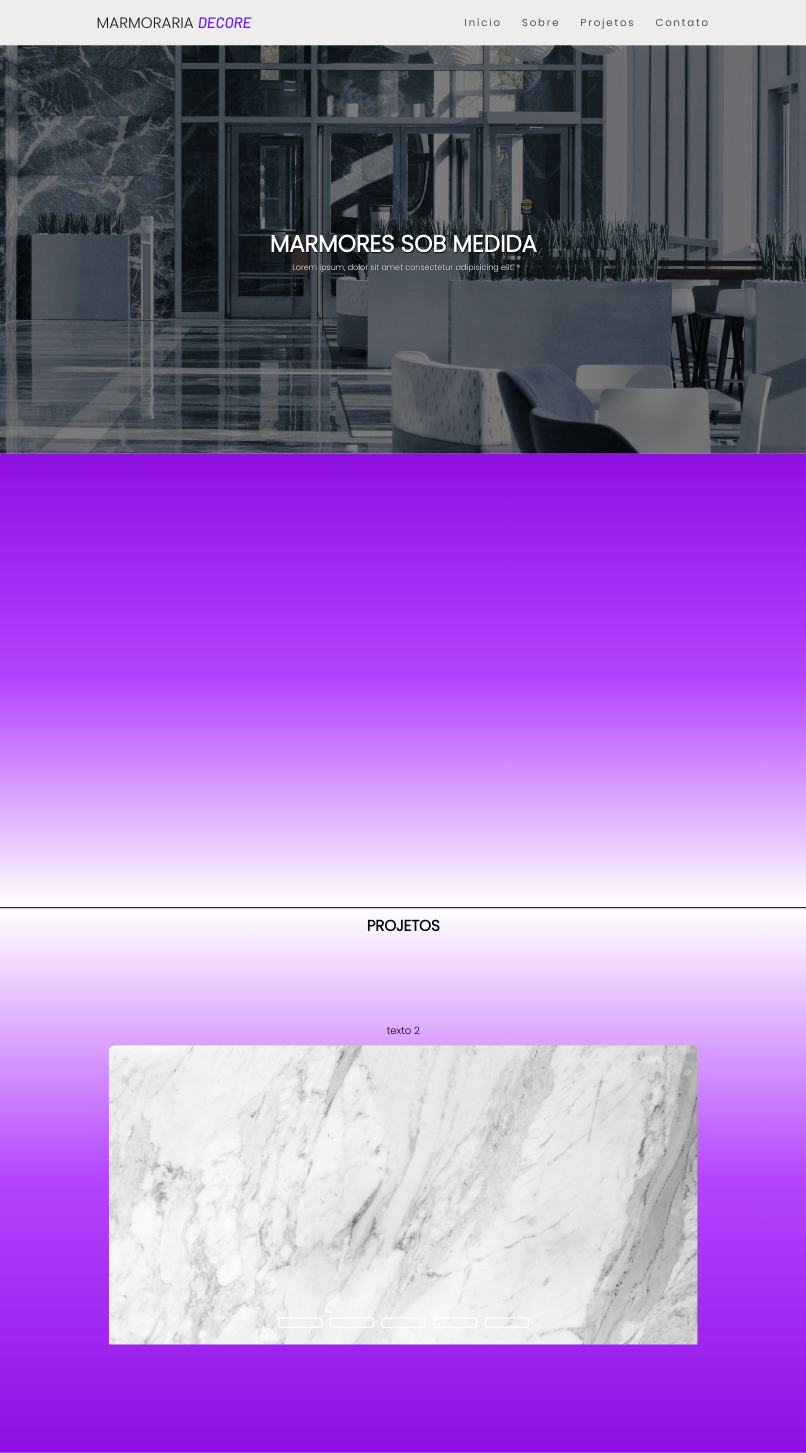
Repository: XFERRER7/projeto-xt7
Page: projetoMarmoraria/index.html
The author's editor kept a copy of each file at every save. The page is drawn from the files as they stood at one save, then again after the next save.
The browser window is 1280 px wide. The pictures show the whole page, at 63% of full size.
After loading, the first visible `#lbl2` was clicked once.

Above is the page before, as saved 2022-04-21 17:06:54.

After the next save:
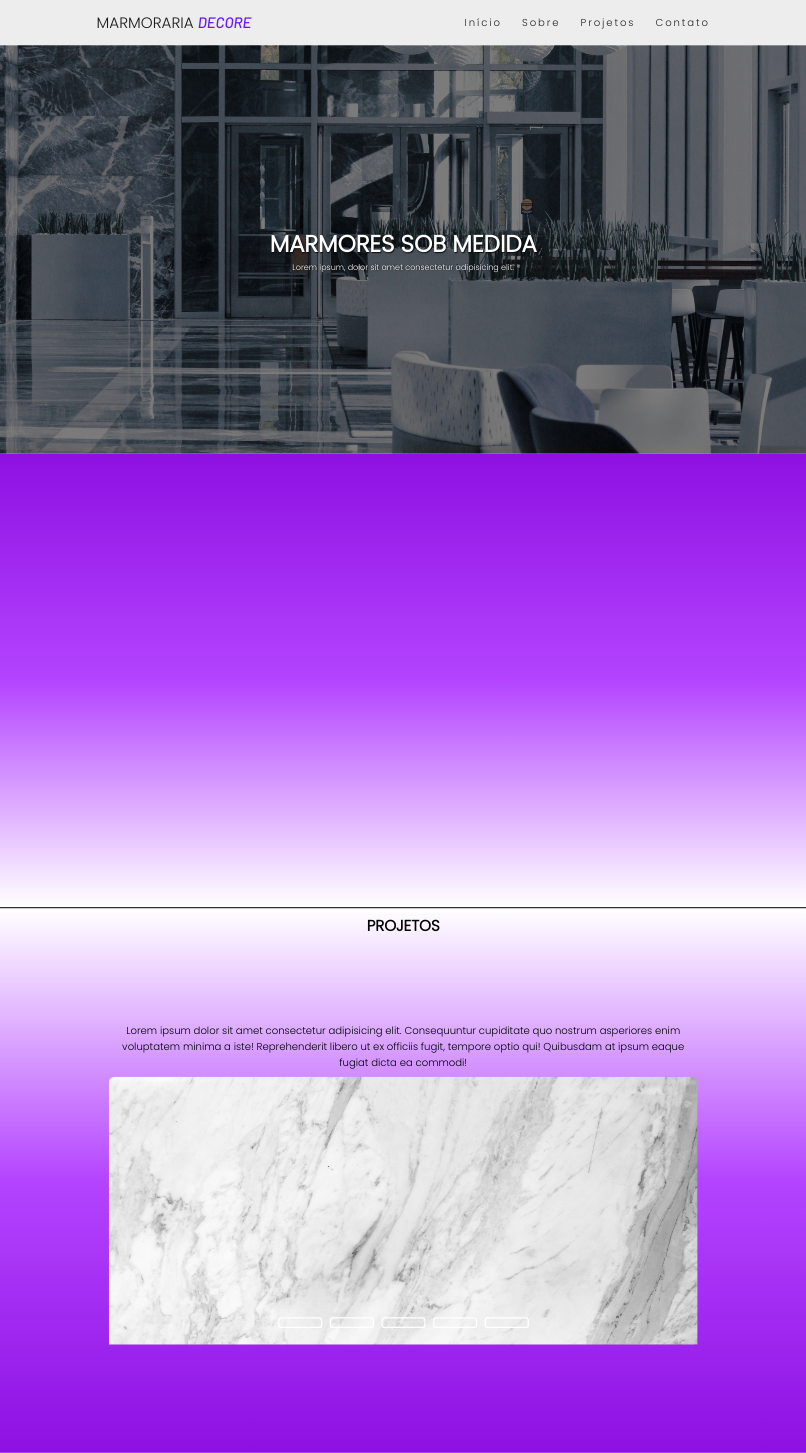
Console error: SyntaxError: Invalid or unexpected token
Saved 4 s later.
--- a/projetoMarmoraria/js/changeText.js
+++ b/projetoMarmoraria/js/changeText.js
@@ -2,7 +2,8 @@
   document.getElementById('descricao').textContent = "Lorem ipsum dolor sit amet consectetur adipisicing elit. Hic, nisi exercitationem harum officia facilis nihil vitae eligendi provident architecto quis quod unde quas incidunt assumenda corporis iste repudiandae esse voluptatibus?";
 }
 function mudarTextoLbl2() {
-  document.getElementById('descricao').textContent = "texto 2";
+  document.getElementById('descricao').textContent = "Lorem ipsum dolor sit, amet consectetur adipisicing elit. Sapiente distinctio ipsa incidunt non exercitationem laboriosam animi id accusamus placeat, commodi, veniam rerum ut! Fugiat tenetur unde nihil minima fuga veniam odio nulla pariatur eum reiciendis.
+  ";
 }
 function mudarTextoLbl3() {
   document.getElementById('descricao').textContent = "texto 3";

After the save that followed:
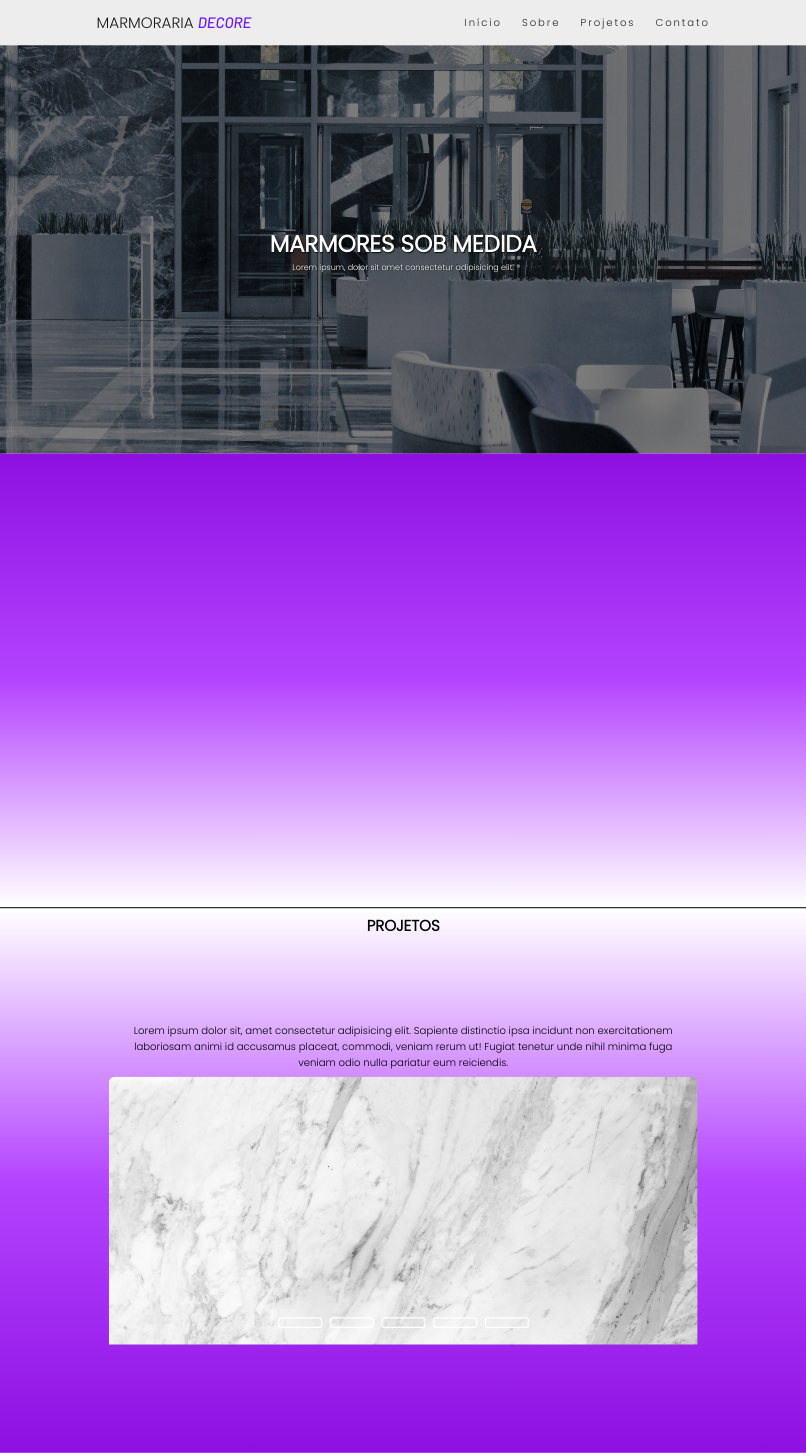
The error is gone.
Saved 4 s later.
--- a/projetoMarmoraria/js/changeText.js
+++ b/projetoMarmoraria/js/changeText.js
@@ -2,8 +2,7 @@
   document.getElementById('descricao').textContent = "Lorem ipsum dolor sit amet consectetur adipisicing elit. Hic, nisi exercitationem harum officia facilis nihil vitae eligendi provident architecto quis quod unde quas incidunt assumenda corporis iste repudiandae esse voluptatibus?";
 }
 function mudarTextoLbl2() {
-  document.getElementById('descricao').textContent = "Lorem ipsum dolor sit, amet consectetur adipisicing elit. Sapiente distinctio ipsa incidunt non exercitationem laboriosam animi id accusamus placeat, commodi, veniam rerum ut! Fugiat tenetur unde nihil minima fuga veniam odio nulla pariatur eum reiciendis.
-  ";
+  document.getElementById('descricao').textContent = "Lorem ipsum dolor sit, amet consectetur adipisicing elit. Sapiente distinctio ipsa incidunt non exercitationem laboriosam animi id accusamus placeat, commodi, veniam rerum ut! Fugiat tenetur unde nihil minima fuga veniam odio nulla pariatur eum reiciendis.";
 }
 function mudarTextoLbl3() {
   document.getElementById('descricao').textContent = "texto 3";
